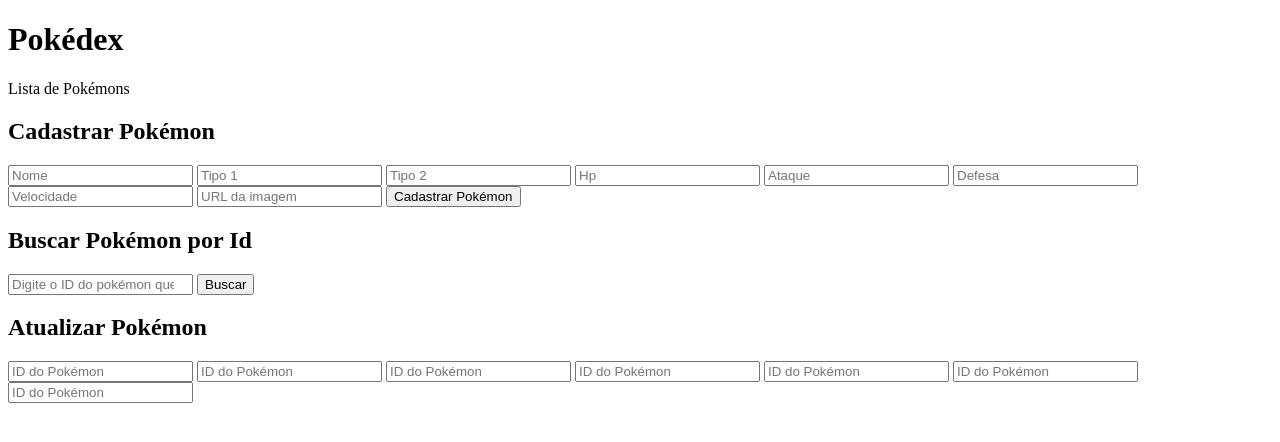
Repository: arthurSchgg/pokedex
Page: front-end/index.html
The author's editor kept a copy of each file at every save. The page is drawn from the files as they stood at one save, then again after the next save.
The browser window is 1280 px wide. The pictures show the whole page.
The page's requests for data from a server got no answer.

Above is the page before, as saved 2026-10-01 16:05:18.

### front-end/index.html
<!DOCTYPE html>
<html lang="pt-br">

<head>
    <meta charset="UTF-8">
    <meta name="viewport" content="width=device-width, initial-scale=1.0">
    <link rel="stylesheet" href="style.css">
    <title>Pokédex</title>
</head>

<body>

    <h1>Pokédex</h1>

    <div id="container-pokemon">Lista de Pokémons</div>

    <form id="pokemon-form">

        <h2>Cadastrar Pokémon</h2>

        <input id="nome" type="text" placeholder="Nome" required>

        <input id="tipo1" type="text" placeholder="Tipo 1" required>

        <input id="tipo2" type="text" placeholder="Tipo 2">

        <input id="hp" type="number" placeholder="Hp" required>

        <input id="ataque" type="number" placeholder="Ataque" required>

        <input id="defesa" type="number" placeholder="Defesa" required>

        <input id="velocidade" type="number" placeholder="Velocidade" required>

        <input id="imagem_url" type="text" placeholder="URL da imagem" required>

        <button type="submit">Cadastrar Pokémon</button>

    </form>


    <div>
        <h2>Buscar Pokémon por Id</h2>

        <input
            type="number"
            id="id"
            placeholder="Digite o ID do pokémon que deseja buscar"
        >

        <button id="buscar-pokemon">Buscar</button>
    </div>

    <div id="pokemon-buscado"></div>

    <div>
        <h2>Atualizar Pokémon</h2>

        <form id="pokemon-update-form">
            <input
                type="number"
                id="update-id"
                placeholder="ID do Pokémon"
                required
            >

            <input
                type="number"
                id="update-nome"
                placeholder="ID do Pokémon"
                required
            >

            <input
                type="number"
                id="update-tipo1"
                placeholder="ID do Pokémon"
                required
            >

            <input
                type="number"
                id="update-tipo2"
                placeholder="ID do Pokémon"
                required
            >

            <input
                type="number"
                id="update-hp"
                placeholder="ID do Pokémon"
                required
            >

            <input
                type="number"
                id="update-ataque"
                placeholder="ID do Pokémon"
                required
            >

            <input
                type="number"
                id="update-defesa"
                placeholder="ID do Pokémon"
                required
            >
        </form>
    </div>

    <script src="script.js"></script>
</body>

</html>

### front-end/script.js
const API_URL = "http://localhost:8181/v1/pokedex";

//Lista os pokemons
async function carregarPokemon() {
    try {
        const resposta = await fetch(`${API_URL}/listar`);

        if (!resposta.ok) {
            throw new Error(`Erro no servidor: ${resposta.status}`);
        }

        const pokemons = await resposta.json();

        console.log("Pokémons carregados:", pokemons);

        const container = document.getElementById("container-pokemon");

        pokemons.forEach(pokemon => {

            const card = document.createElement("div");

            card.innerHTML = `
                <h2>${pokemon.nome}</h2>

                <img src="${pokemon.imagemUrl}" alt="${pokemon.nome}">

                <p>ID: ${pokemon.id}</p>

                <p>Tipo: ${pokemon.tipo1}</p>

                <p>HP: ${pokemon.hp}</p>

                <p>Ataque: ${pokemon.ataque}</p>

                <p>Defesa: ${pokemon.defesa}</p>

                <p>Velocidade: ${pokemon.velocidade}</p>

            `;

            container.appendChild(card);
        });

    } catch (erro) {
        console.error("Erro ao buscar pokémons na linha do fetch:", erro);
    }
}

carregarPokemon();


//Cadastra um novo pokémon
const formulario = document.getElementById("pokemon-form");

formulario.addEventListener("submit", async (event) => {

    event.preventDefault();

    const pokemon = {

        nome: document.getElementById("nome").value,

        tipo1: document.getElementById("tipo1").value,

        tipo2: document.getElementById("tipo2").value,

        hp: Number(document.getElementById("hp").value),

        ataque: Number(document.getElementById("ataque").value),

        defesa: Number(document.getElementById("defesa").value),

        velocidade: Number(document.getElementById("velocidade").value),

        imagemUrl: document.getElementById("imagem_url").value
    }

    try {
        const resposta = await fetch(
            "http://localhost:8181/v1/pokedex/cadastrar",
            {
                method: "POST",

                headers: {
                    "Content-Type": "application/json"
                },

                body: JSON.stringify(pokemon)
            }
        );

        if(!resposta.ok){
            throw new Error("Erro ao cadastrar Pokémon");
        }

        const pokemonCadastrado = await resposta.json();

        console.log("Pokémon cadastrado: " + pokemonCadastrado);

        alert("Pokémon cadastrado com sucesso!");

        formulario.reset();
    } catch (erro){
        console.error("Erro: " , erro);

        alert("Não foi possível cadastrar o Pokémon.")
    }
});

//Busca um pokémon pelo seu ID

const botaoBuscar = document.getElementById("buscar-pokemon");

botaoBuscar.addEventListener("click", async () => {

    const id = document.getElementById("id").value;

    if(!id){
        alert("Digite um ID.");
        return;
    }

    try {
        const resposta = await fetch(`${API_URL}/${id}`);

        if(!resposta.ok){
            throw new Error(`Pokémon não encontrado. Status: ${resposta.status}`);
        }

        const pokemon = await resposta.json();

        console.log("Pokémon encontrado: ", pokemon);

        const container = document.getElementById("pokemon-buscado");

        container.innerHTML = `
            <div class="card-pokemon">

                <h2>${pokemon.nome}</h2>

                <img
                    src="${pokemon.imagemUrl}"
                    alt="${pokemon.nome}"
                >

                <p>Tipo 1: ${pokemon.tipo1}</p>
                <p>Tipo 2: ${pokemon.tipo2 || "Nenhum"}</p>

                <p>HP: ${pokemon.hp}</p>
                <p>Ataque: ${pokemon.ataque}</p>
                <p>Defesa: ${pokemon.defesa}</p>
                <p>Velocidade: ${pokemon.velocidade}</p>

            </div>
        `;
    } catch(erro){
        console.error("Erro ao buscar o Pokémon: ", erro);

        alert("Pokémon não encontrado");
    }

});

Loaded but not shown: front-end/style.css (no stored copy; drawn as an empty file)

After the next save:
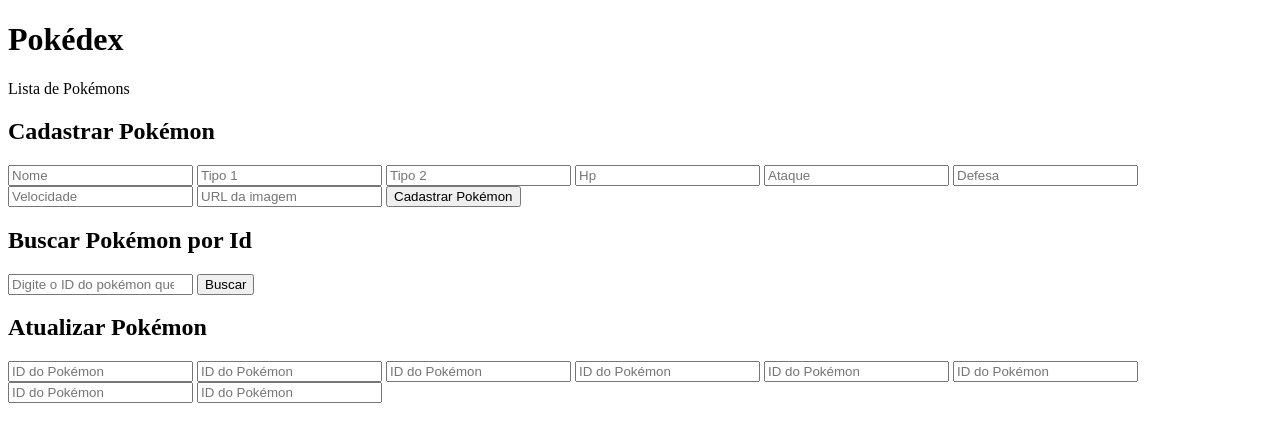
Saved 4 s later.
--- a/front-end/index.html
+++ b/front-end/index.html
@@ -105,6 +105,13 @@
                 placeholder="ID do Pokémon"
                 required
             >
+
+            <input
+                type="number"
+                id="update-id"
+                placeholder="ID do Pokémon"
+                required
+            >
         </form>
     </div>
 
